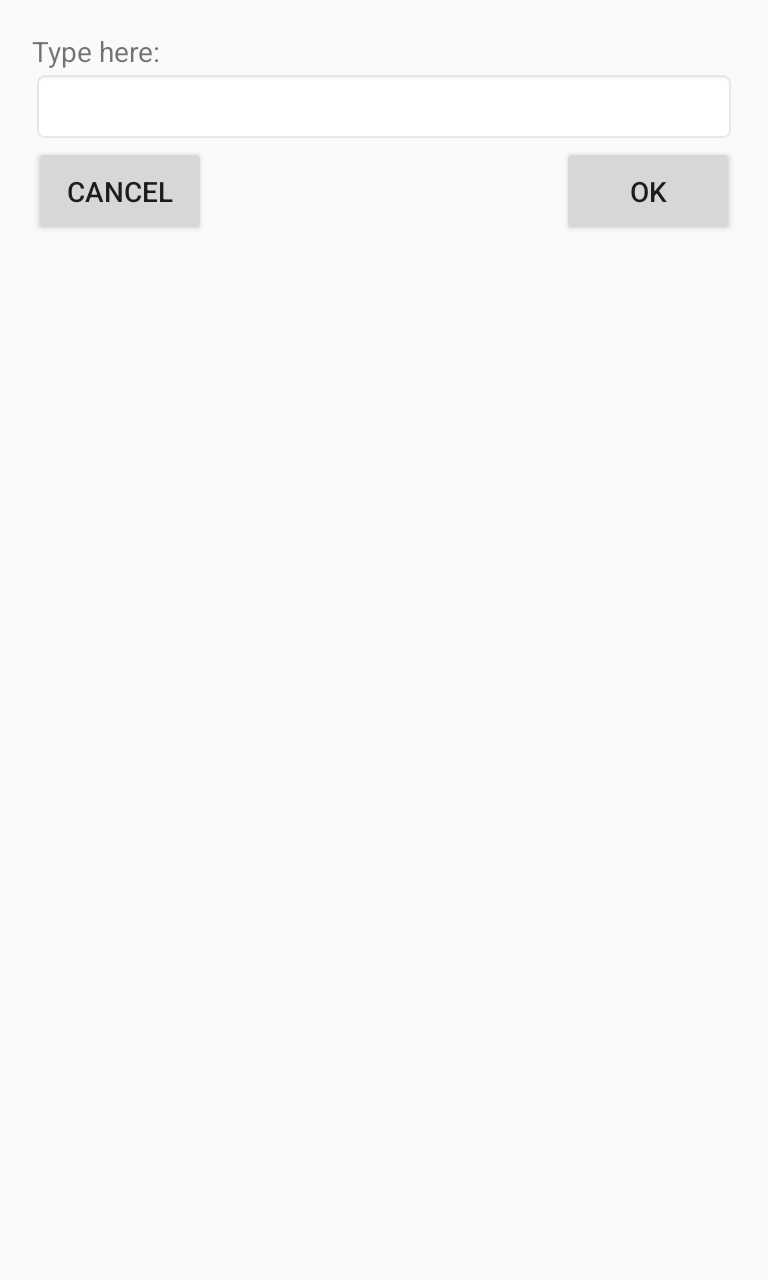
Repository: fitrahyusuf/FITRAH
Layout: HelloRelativeLayout/res/layout/main.xml
These files come from the project's save history. The layout is drawn as it stood at one moment and after the next save; the edit follows.
It is drawn on a 768 x 1280 px phone screen (xhdpi) without system bars, with theme AppTheme; the app's code is not run.

Above is the layout before, as saved 2015-04-30 11:30:40.

### HelloRelativeLayout/res/layout/main.xml
<?xml version="1.0" encoding="utf-8" ?>
<RelativeLayout xmlns:android="http://schemas.android.com/apk/res/android"
    xmlns:tools="http://schemas.android.com/tools"
    android:layout_width="fill_parent"
    android:layout_height="fill_parent"
    android:gravity="top"
    android:paddingBottom="@dimen/activity_vertical_margin"
    android:paddingLeft="@dimen/activity_horizontal_margin"
    android:paddingRight="@dimen/activity_horizontal_margin"
    android:paddingTop="@dimen/activity_vertical_margin"
    tools:context="com.fitrah.hellorelativelayout.RelativeLayout" >

    <TextView
        android:id="@+id/label"
        android:layout_width="fill_parent"
        android:layout_height="wrap_content"
        android:text="Type here:" />
    <EditText
        android:id="@+id/entry"
        android:layout_width="fill_parent"
        android:layout_height="wrap_content"
        android:background="@android:drawable/editbox_background"
        android:layout_below="@id/label"/>
    <Button
        android:id="@+id/ok"
        android:layout_width="wrap_content"
        android:layout_height="wrap_content"
        android:layout_below="@id/entry"
        android:layout_alignParentRight="true"
        android:layout_marginLeft="10dip"
        android:text="OK"/>
    <Button
        android:layout_alignTop="@id/ok"
        android:text="Cancel"
        android:layout_height="wrap_content"
		android:layout_width="wrap_content"

        />



</RelativeLayout>

Loaded but not shown: HelloRelativeLayout/res/values/styles.xml (common file); HelloRelativeLayout/res/values-v11/styles.xml (common file); HelloRelativeLayout/res/values-v14/styles.xml (common file); HelloRelativeLayout/res/values/dimens.xml (common file); HelloRelativeLayout/res/values-w820dp/dimens.xml (common file)

After the next save:
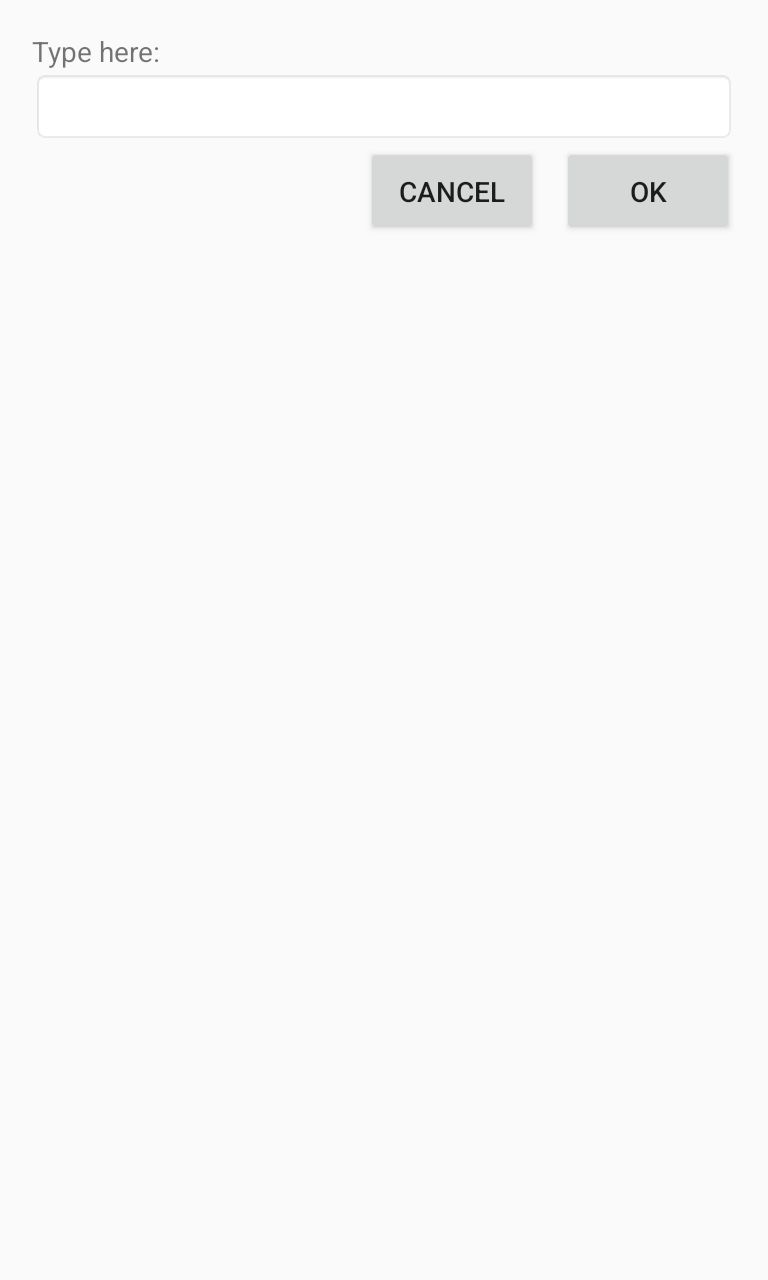
Saved 66 s later.
--- a/HelloRelativeLayout/res/layout/main.xml
+++ b/HelloRelativeLayout/res/layout/main.xml
@@ -34,8 +34,8 @@
         android:text="Cancel"
         android:layout_height="wrap_content"
 		android:layout_width="wrap_content"
-
-        />
+		android:layout_toLeftOf="@+id/ok"
+		android:layout_below="@+id/entry"   />
 
 
 
